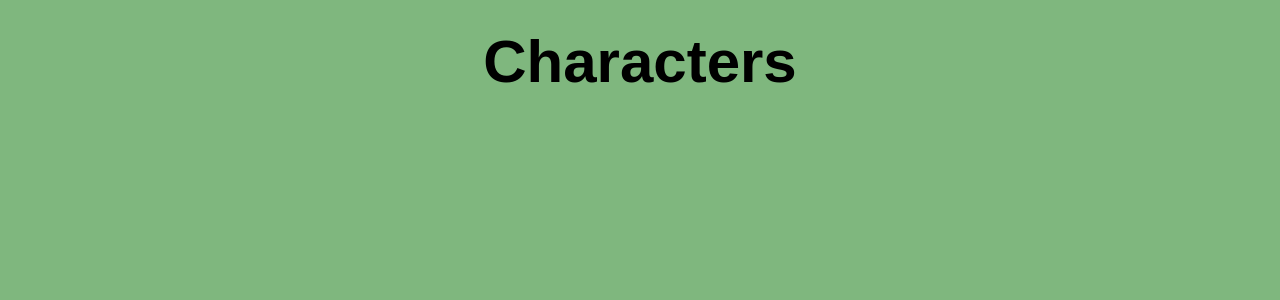
Repository: ChristianGecchelin/Tattoox-challenge-react
Page: /
These files come from the project's save history. The page is drawn as it stood at one moment and after the next save; the edit follows.
The browser window is 1280 px wide. The pictures show the whole page.
The page's requests for data from a server got no answer. The project was rebuilt for these pictures with package versions that can differ from the ones it lists, and the page was loaded fresh each time. No one was signed in, and anything a server would have sent is missing. Also part of the build but not shown: src/components/card.css, src/components/Card.jsx.

Above is the page before, as saved 2022-09-10 01:51:16.

After the next save:
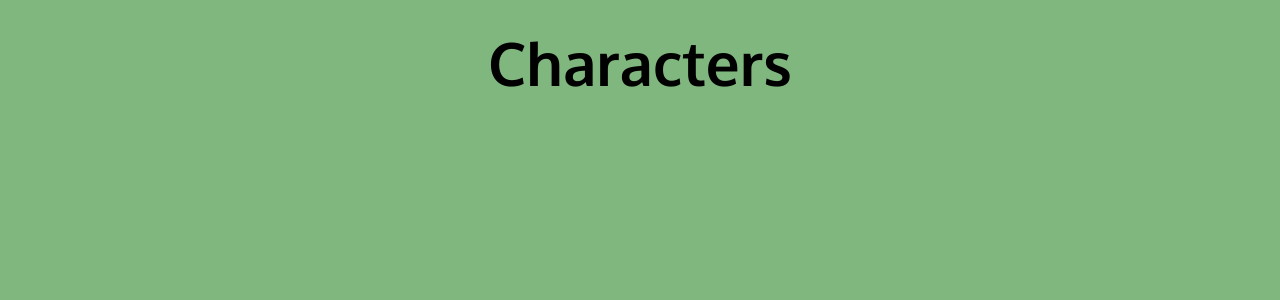
Saved 15 s later.
--- a/src/index.css
+++ b/src/index.css
@@ -12,7 +12,7 @@
 }
 html {
   font-size: 62.5%;
-  font-family: sans-serif;
+  font-family: 'Oxygen', sans-serif;
 }
 html,body{
   background-color:var(--main-color)
